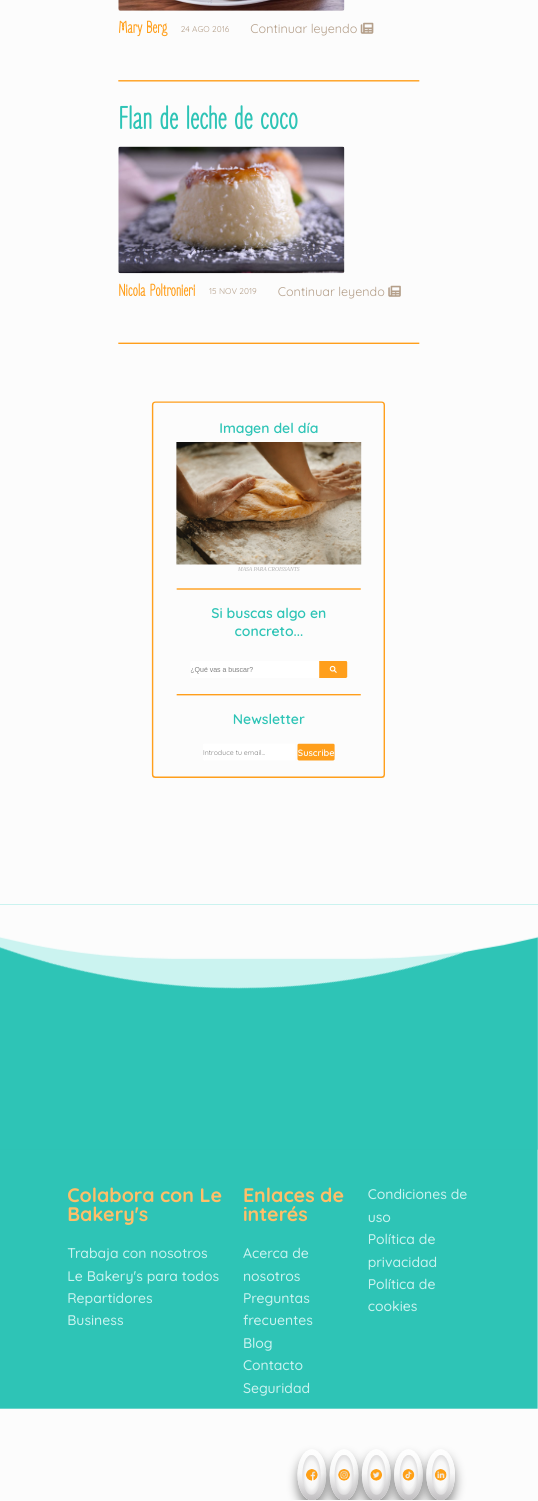
Repository: xio28/le_bakerys
Page: static/src/blog.html
These files come from the project's save history. The page is drawn as it stood at one moment and after the next save; the edit follows.
The browser window is 768 px wide. The pictures show the part of the page from y = 2688 to 4928 px (the page is 4832 px tall before and 4928 px after), at 70% of full size.

Above is the page before, as saved 2022-06-14 16:24:41.

After the next save:
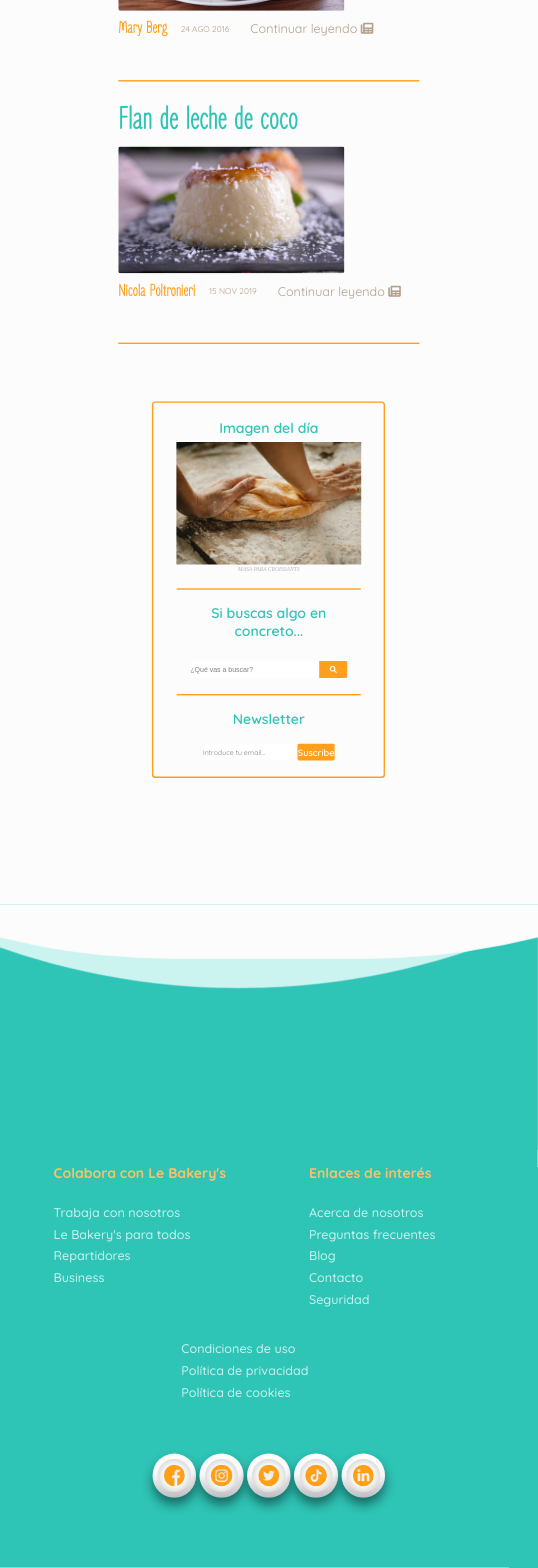
Saved 2 min 8 s later.
--- a/static/styles/footer.css
+++ b/static/styles/footer.css
@@ -1,7 +1,8 @@
 footer {
     background: var(--turquoise);
-    height: 90vh;
+    height: fit-content;
     margin-top: 12rem;
+    padding-bottom: 5rem;
 }
 .waves {
     position: relative;
@@ -51,15 +52,15 @@ footer {
     -o-border-radius: 44%;
 }
 .social-network ul {
-    width: 30vw;
+    width: fit-content;
     list-style: none;
     display: flex;
     justify-content: center;
 }
 .social-network ul li {
     background: linear-gradient(to bottom, rgba(255,255,255,1) 0%, rgba(247,247,247,1) 47%, rgba(191,189,191,1) 100%);
-    width: 7.25rem;
-    height: 7.25rem;
+    width: 6.25rem;
+    height: 6.25rem;
     margin: 0 0.25rem;
     padding: 0.75rem;
     box-shadow: 0 10px 15px rgba(0, 0, 0, 0.466);
@@ -117,11 +118,16 @@ footer ul li a {
 }
 .footer__container {
     width: 75vw;
-    margin: 5rem auto 0;
+    margin: 0 auto;
     display: flex;
+    flex-wrap: wrap;
     justify-content: space-around;
     align-content: center;
     line-height: 2.8rem;
+}
+.footer__container div {
+    width: 25rem;
+    margin: 2rem 0;
 }
 .social-network {
     width: 70%;
@@ -148,3 +154,40 @@ footer ul li a {
         -o-transform: translate(-50%, -75%) rotate(360deg);
     }
 }
+
+
+
+@media (max-width: 1281px) {
+    .footer__container {
+        width: 85vw;
+    }
+    footer ul li h4 {
+        font-size: 2rem;
+    }
+    footer ul li a {
+        font-size: 1.8rem;
+    }
+    .social-network {
+        margin: 0 auto;
+        padding-bottom: 3rem;
+    }
+}
+
+@media (max-width: 1025px) {
+    .footer__container {
+        width: 95vw;
+    }
+}
+
+@media (max-width: 768px) {
+    .policies {
+        justify-self: flex-start;
+    }
+    .social-network {
+        width: 100vw;
+        display: flex;
+        justify-content: space-around;
+        padding: 5rem;
+    }
+
+}
